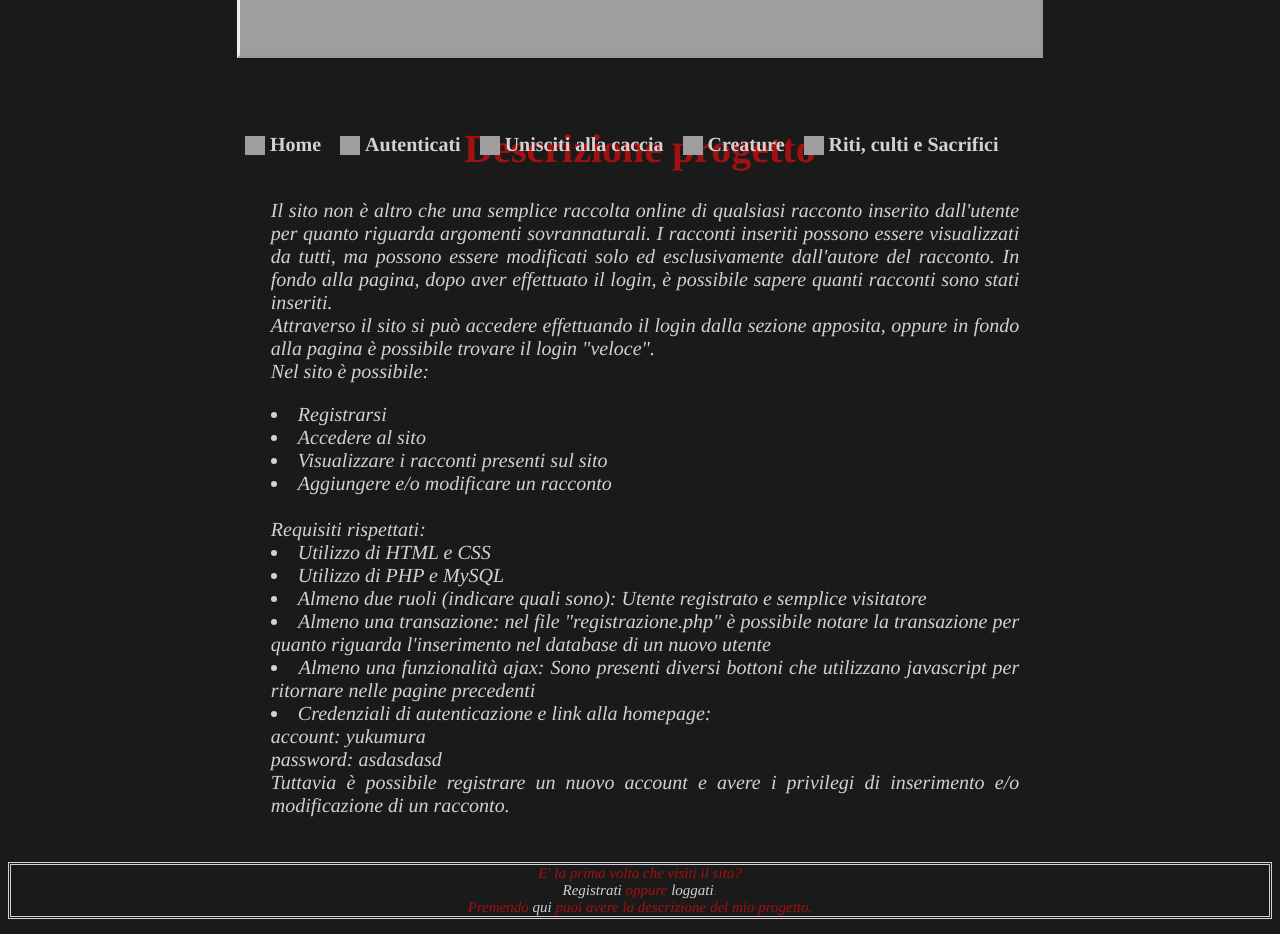
Repository: yukumura/yukumura-s-project
Page: http://localhost/descrizione.php
The author's editor kept a record of every edit. The page is drawn from the files as they stood at one moment, then again after the next edit.
The browser window is 1280 px wide. The pictures show the part of the page from y = 178 to 1130 px (the page is 1112 px tall before and 1130 px after).
Pictures or frames that could not be fetched are drawn as grey boxes. The page is run by PHP 8.4 with error messages shown; the project is at /var/www/html/.

Above is the page before.

After the next edit:
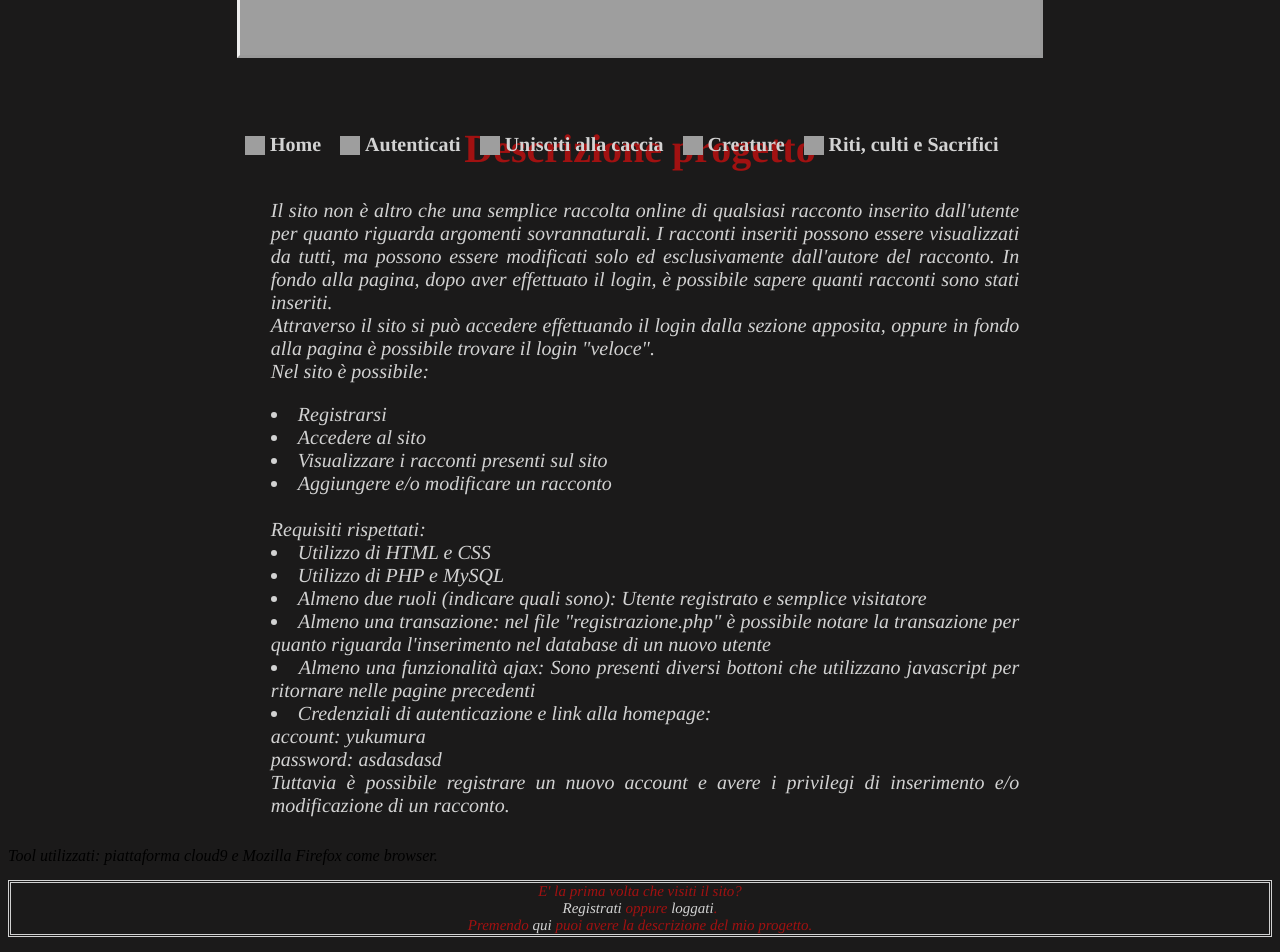
The edit:
--- a/descrizione.php
+++ b/descrizione.php
@@ -43,6 +43,7 @@
     <li>Almeno una funzionalità ajax: Sono presenti diversi bottoni che utilizzano javascript per ritornare nelle pagine precedenti</li>
     <li>Credenziali di autenticazione e link alla homepage:<br> account: yukumura<br>password: asdasdasd<br>Tuttavia è possibile registrare un nuovo account e avere i privilegi di inserimento e/o modificazione di un racconto.</li></div>
     </div>
+    Tool utilizzati: piattaforma cloud9 e Mozilla Firefox come browser.<br>
     <?php
 include('piepagina.php');
 ?>
